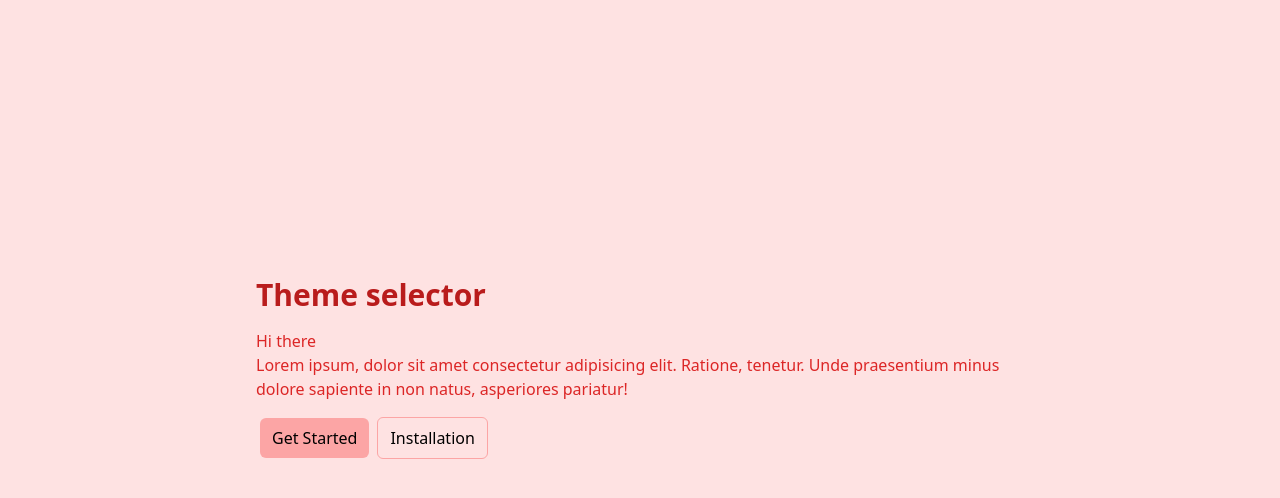
Repository: prince-bansal/tailwind-theme-switcher
Page: /
These files come from the project's save history. The page is drawn as it stood at one moment and after the next save; the edit follows.
The browser window is 1280 px wide. The pictures show the whole page.
The project was rebuilt for these pictures with package versions that can differ from the ones it lists, and the page was loaded fresh each time. Also part of the build but not shown: vite.config.ts, src/App.css.

Above is the page before, as saved 2024-03-17 19:10:25.

After the next save:
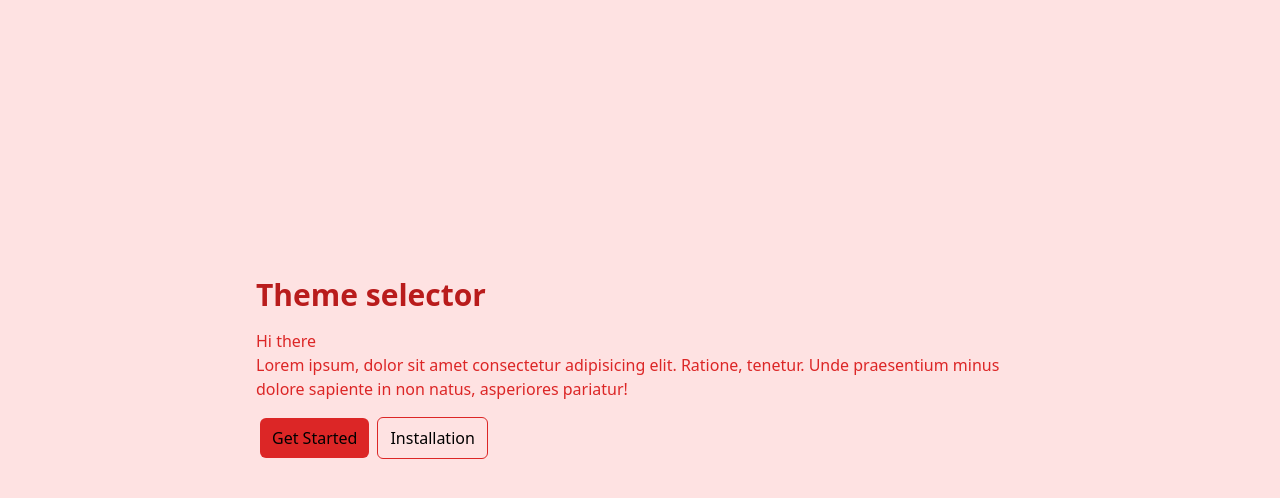
Saved 8 s later.
--- a/src/App.tsx
+++ b/src/App.tsx
@@ -12,10 +12,10 @@ function App() {
           tenetur. Unde praesentium minus dolore sapiente in non natus,
           asperiores pariatur!
         </p>
-        <button className="mt-4 bg-red-300 p-2 px-3 mx-1 rounded-md">
+        <button className="mt-4 bg-red-600 p-2 px-3 mx-1 rounded-md">
           Get Started
         </button>
-        <button className="mt-4 border-red-300 border p-2 px-3 mx-1 rounded-md">
+        <button className="mt-4 border-red-600 border p-2 px-3 mx-1 rounded-md">
           Installation
         </button>
       </div>{" "}
